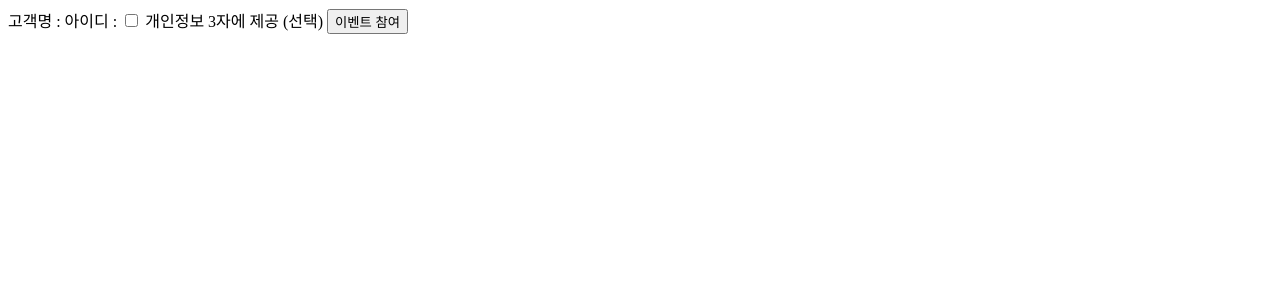
Repository: kimkeng/BackendClass
Page: example/src/main/webapp/js08.html
The author's editor kept a copy of each file at every save. The page is drawn from the files as they stood at one save, then again after the next save.
The browser window is 1280 px wide. The pictures show the whole page.

Above is the page before, as saved 2023-08-18 06:58:22.

After the next save:
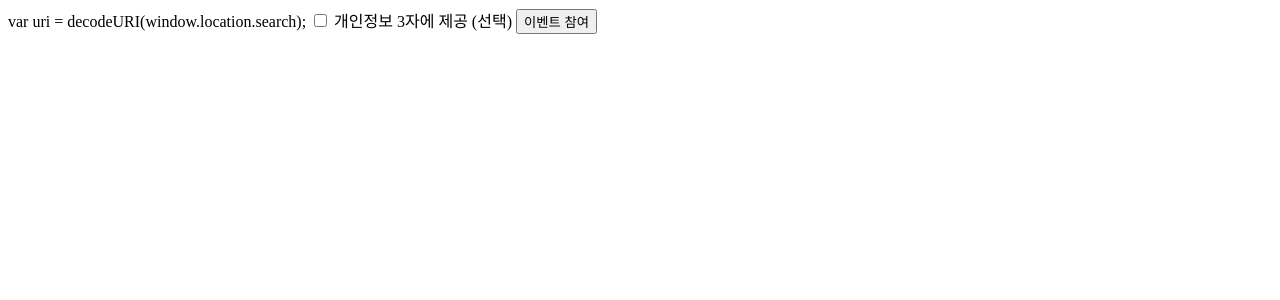
Saved 3 min 30 s later.
--- a/example/src/main/webapp/js08.html
+++ b/example/src/main/webapp/js08.html
@@ -15,8 +15,7 @@
  -->
 </head>
 <body>
-고객명 :
-아이디 :
+var uri = decodeURI(window.location.search);
 <input type="checkbox"> 개인정보 3자에 제공 (선택)
 	<button>이벤트 참여</button>
 </body>

After the save that followed:
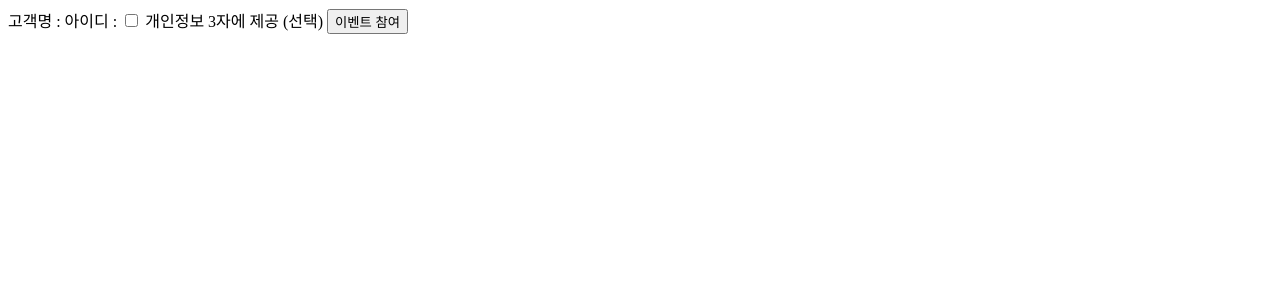
Saved 7 s later.
--- a/example/src/main/webapp/js08.html
+++ b/example/src/main/webapp/js08.html
@@ -15,7 +15,8 @@
  -->
 </head>
 <body>
-var uri = decodeURI(window.location.search);
+고객명 :
+아이디 :
 <input type="checkbox"> 개인정보 3자에 제공 (선택)
 	<button>이벤트 참여</button>
 </body>
